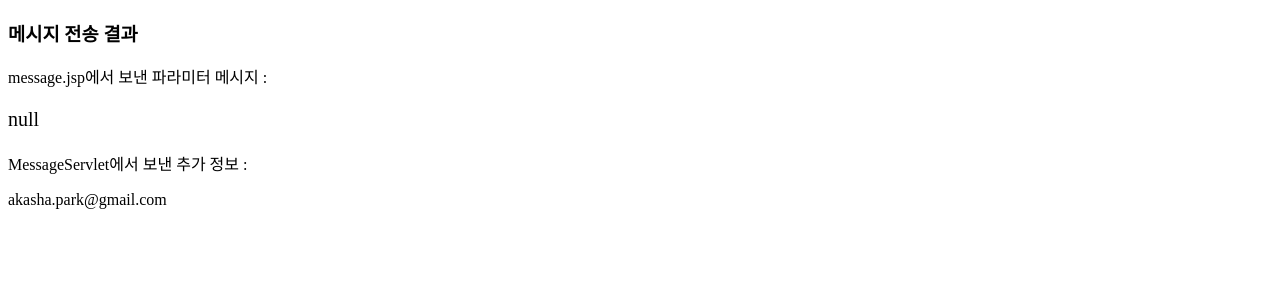
Repository: PARKJONGSUN88/multicampus_study
Page: http://localhost/web1/send
These files come from the project's save history. The page is drawn as it stood at one moment and after the next save; the edit follows.
The browser window is 1280 px wide. The pictures show the whole page.
The page is served by Tomcat 9. Other server files are loaded and not shown.

Above is the page before, as saved 2019-06-27 05:50:03.

### 3-7. jsp, servletStudy Study/1. 실습/workspace2/web1/WebContent/WEB-INF/view/result.jsp
<%@ page contentType="text/html; charset=utf-8" %>
<!DOCTYPE html>
<html>
<head>
<style>
#blue{font-size:20px;
		colr}
</style>
<meta charset="utf-8">
<title>result.jsp</title>
</head>
<body>
<h3>메시지 전송 결과</h3>
message.jsp에서 보낸 파라미터 메시지 :
<p id="blue">
<%
	out.println(request.getParameter("msg")+"<br>");
	%>
	</p>
	MessageServlet에서 보낸 추가 정보 :
	<p id="green">
<%
	String msg2 = (String)request.getAttribute("msg2");
	out.println(msg2+"<br>");
	%>
</p>
</body>
</html>

### 3-7. jsp, servletStudy Study/1. 실습/workspace2/web1/src/lab/web/controller/SendServlet.java
package lab.web.controller;

import java.io.IOException;

import javax.servlet.RequestDispatcher;
import javax.servlet.ServletContext;
import javax.servlet.ServletException;
import javax.servlet.annotation.WebServlet;
import javax.servlet.http.HttpServlet;
import javax.servlet.http.HttpServletRequest;
import javax.servlet.http.HttpServletResponse;


@WebServlet("/send")
public class SendServlet extends HttpServlet {
	private static final long serialVersionUID = 1L;
	  ServletContext sctx;
	  RequestDispatcher rd;

    public SendServlet() {
        super();
    }

	protected void doGet(HttpServletRequest request, HttpServletResponse response) throws ServletException, IOException {
		request.setCharacterEncoding("utf-8");
		response.setContentType("text/html;charset=utf-8");

		//추가 정보를 request에 저장
		request.setAttribute("msg2", "akasha.park@gmail.com");
		sctx = request.getServletContext();
		rd = sctx.getRequestDispatcher("/WEB-INF/view/result.jsp");
		rd.forward(request, response);
	}

}

After the next save:
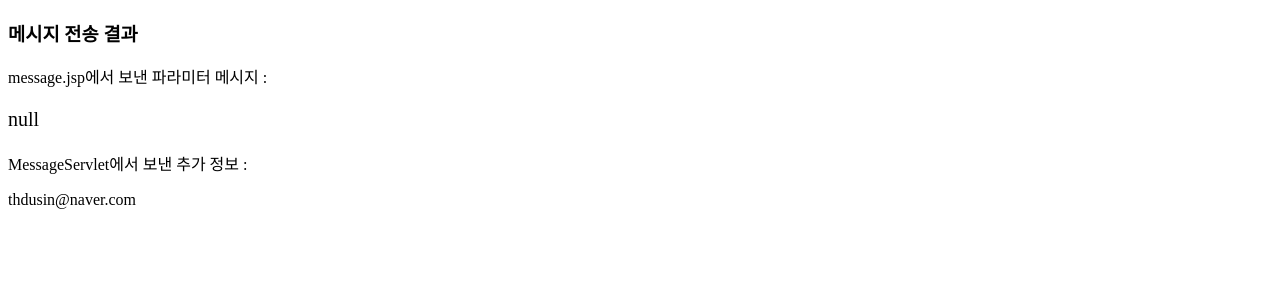
Saved 67 s later.
--- a/3-7. jsp, servletStudy Study/1. 실습/workspace2/web1/src/lab/web/controller/SendServlet.java
+++ b/3-7. jsp, servletStudy Study/1. 실습/workspace2/web1/src/lab/web/controller/SendServlet.java
@@ -26,7 +26,7 @@ public class SendServlet extends HttpServlet {
 		response.setContentType("text/html;charset=utf-8");
 
 		//추가 정보를 request에 저장
-		request.setAttribute("msg2", "akasha.park@gmail.com");
+		request.setAttribute("msg2", "thdusin@naver.com");
 		sctx = request.getServletContext();
 		rd = sctx.getRequestDispatcher("/WEB-INF/view/result.jsp");
 		rd.forward(request, response);
